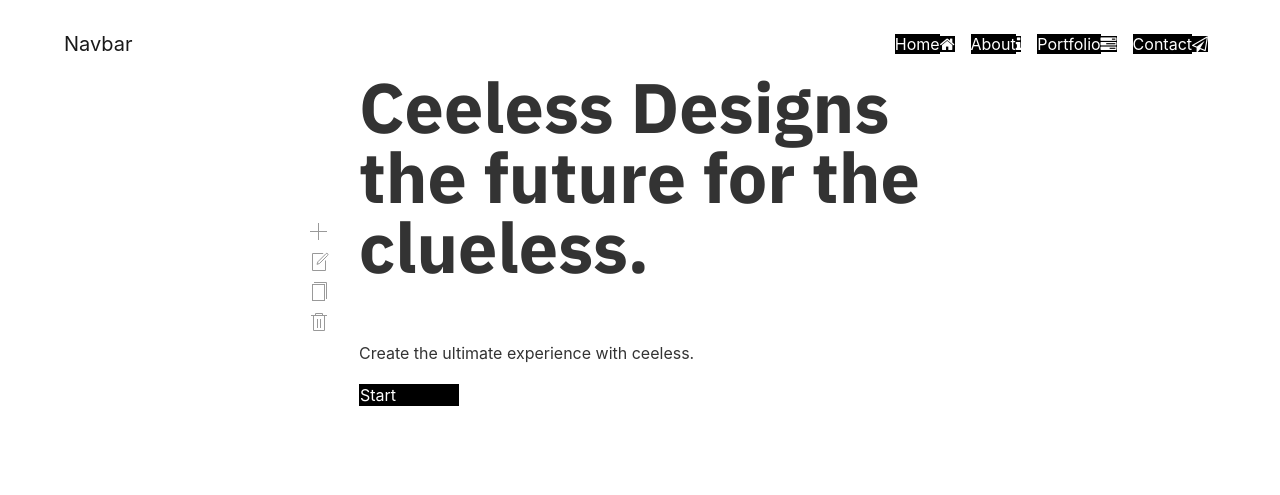
Repository: latenightsnacc/ceeless
Page: index.html
An editor plug-in stored every save of this project. The page is shown before and after the next save, followed by the edit.
The browser window is 1280 px wide. The pictures show the whole page.
Some web libraries are served in a nearby version. The style sheet was rebuilt from its Sass, Less or Tailwind sources for each picture, by a compiler version that may differ from the author's.

Above is the page before, as saved 2020-06-11 16:34:17.

After the next save:
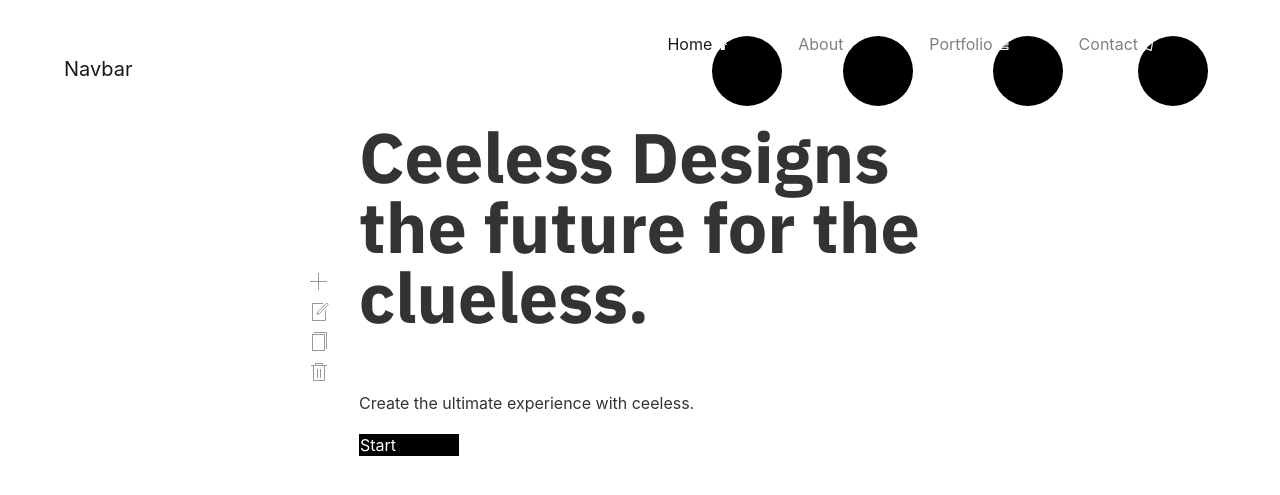
Saved 34 s later.
--- a/Styles/navbar.scss
+++ b/Styles/navbar.scss
@@ -30,8 +30,11 @@
     }
 }
 .nav-item {
-    .menu-text, .fa{
+    .fa{
         background-color: $dark;
         color: $light;
+        height: 70px;
+        width: 70px;
+        border-radius: 50%;
     }
 }
